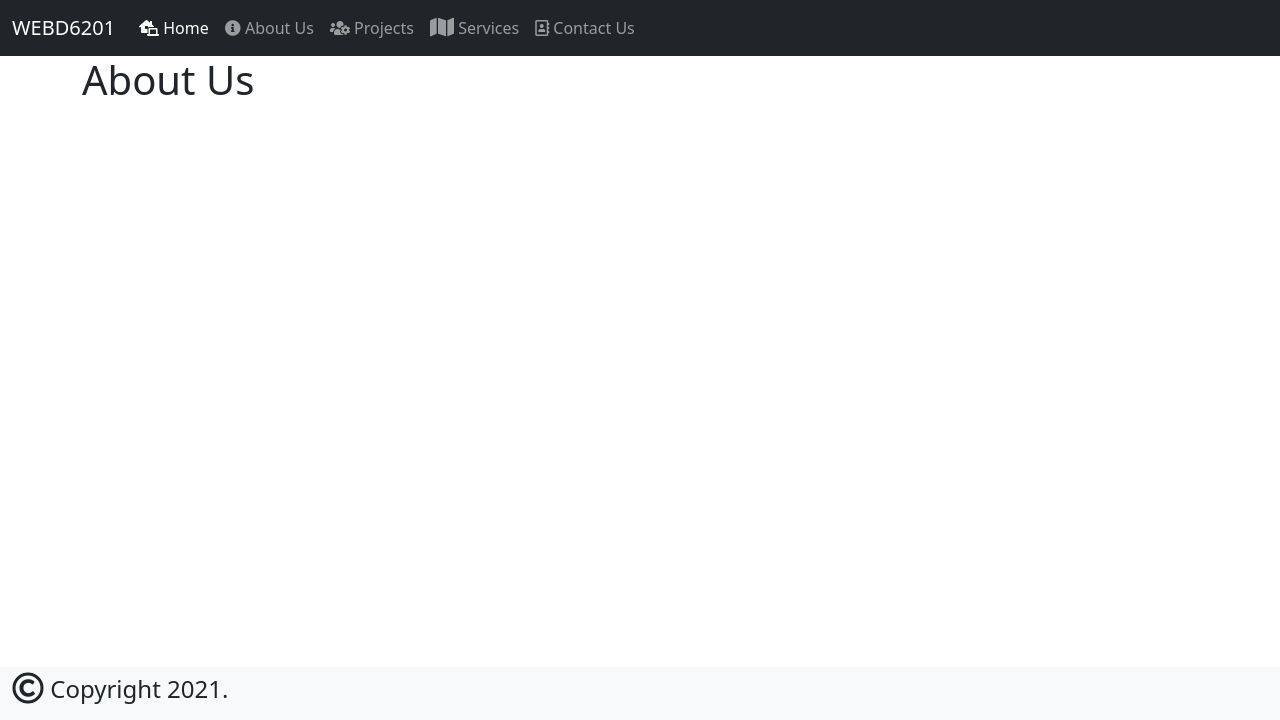
Repository: MuzhdaEhsan/WEBD6201-W2021-ICE1
Page: WEBD6201-W2021-ICE1/about.html
An editor plug-in stored every save of this project. The page is shown before and after the next save, followed by the edit.
The browser window is 1280 px wide. The pictures show the whole page.

Above is the page before, as saved 2021-01-22 01:11:12.
Console error: TypeError: Cannot set properties of null (setting 'textContent')

After the next save:
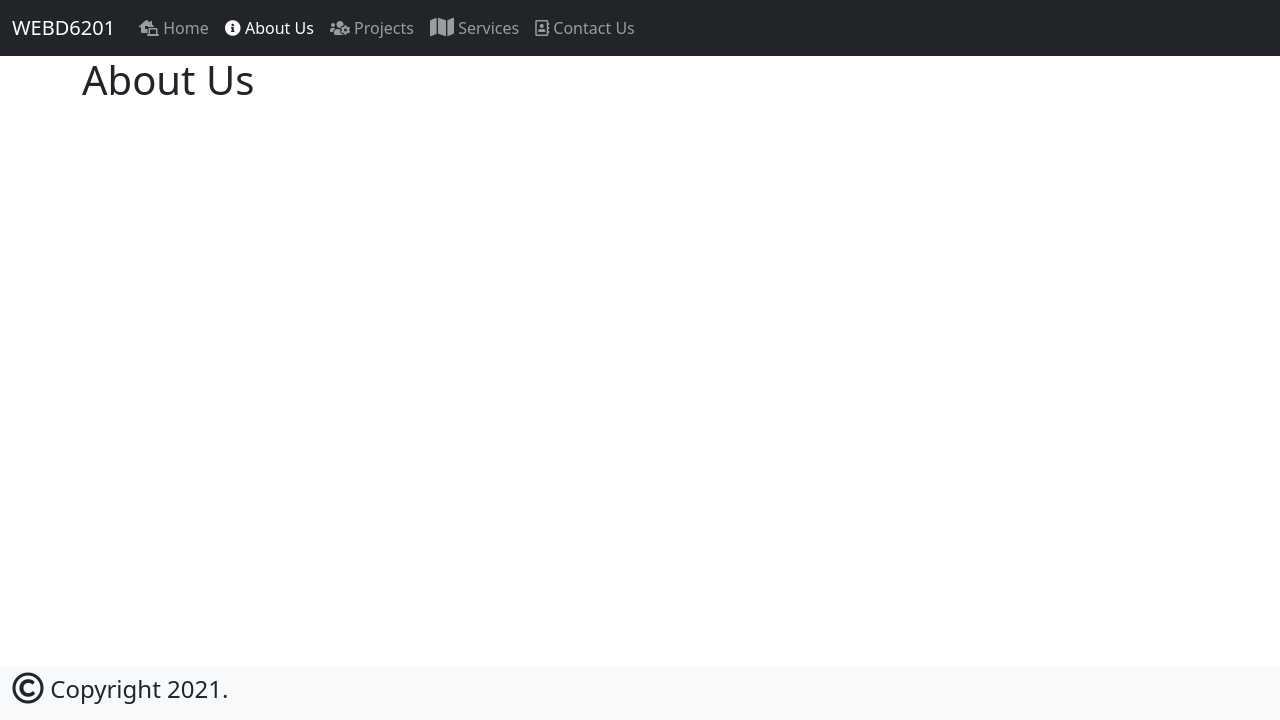
Saved 12 s later.
--- a/WEBD6201-W2021-ICE1/about.html
+++ b/WEBD6201-W2021-ICE1/about.html
@@ -22,11 +22,11 @@
               <div class="collapse navbar-collapse" id="navbarSupportedContent">
                 <ul class="navbar-nav me-auto mb-2 mb-lg-0">
                   <li class="nav-item">
-                    <a class="nav-link active" aria-current="page" href="index.html"><i class="fas fa-laptop-house"></i> Home</a>
+                    <a class="nav-link" aria-current="page" href="index.html"><i class="fas fa-laptop-house"></i> Home</a>
                   </li>
 
                   <li class="nav-item">
-                    <a class="nav-link" aria-current="page" href="about.html"><i class="fas fa-info-circle"></i> About Us</a>
+                    <a class="nav-link active" aria-current="page" href="about.html"><i class="fas fa-info-circle"></i> About Us</a>
                   </li>
 
                   <li class="nav-item">
